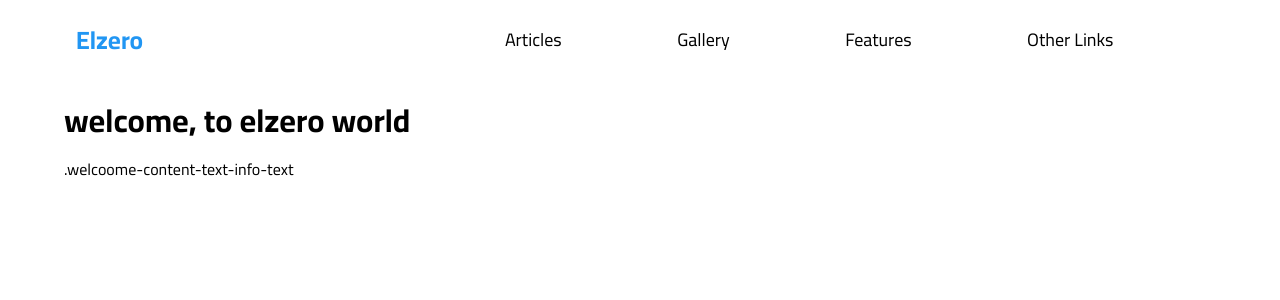
Repository: Toqa-25/elzeroAcdemey-Templete
Page: index.html
The author's editor kept a copy of each file at every save. The page is drawn from the files as they stood at one save, then again after the next save.
The browser window is 1280 px wide. The pictures show the whole page.

Above is the page before, as saved 2022-01-16 20:55:46.

### index.html
<!DOCTYPE html>
<html lang="en">
<head>
    <meta charset="UTF-8">
    <meta http-equiv="X-UA-Compatible" content="IE=edge">
    <meta name="viewport" content="width=device-width, initial-scale=1.0">
    <!-- normalize file -->
    <link rel="stylesheet" href="css/normalize.css">
    <!-- css files -->
    <link rel="stylesheet" href="css/style.css">
    <!-- fontAwosem file -->
    <link rel="stylesheet" href="css/all.min.css">
     <!-- font files -->
     <link rel="preconnect" href="https://fonts.googleapis.com">
    <link rel="preconnect" href="https://fonts.gstatic.com" crossorigin>
    <link href="https://fonts.googleapis.com/css2?family=Cairo:wght@200;400;700;800;900&display=swap" rel="stylesheet">
    <!-- page title -->
    <title>templete 3</title>
</head>
<body>
    <!-- header section -->
    <header id="" class="">
        <div class="container">
            <div class="header-content">
                <div class="header-content-logo">
                    <a href="index.html" class="logo link-none">Elzero</a>
                </div>
                <nav>
                    <ul class="nav-list unlist">
                        <li class="nav-list-item"> <a href="" class="link-none  link-style" id="articles">articles</a></li>
                        <li class="nav-list-item"> <a href="" class="link-none  link-style" id="gallery">gallery</a></li>
                        <li class="nav-list-item"> <a href="" class="link-none  link-style" id="features">features</a></li>
                        <li class="nav-list-item" id="parent-other-links"> <a href="javascript:;" class="link-none  link-style " >other links</a>
                            <div class="other-links " id="child-other-links">
           <div class="other-links-content">
            <div class="other-links-content-img">
                <img src="images/header/Video files-amico.svg" alt="">
            </div>

            <ul class="other-links-list unlist">
            <div class="other-links-list-group-one">
              <li id="" class="other-links-list-item"><a href="" class="link-none  link-style "><i class="far fa-comments"></i> testimonials</a></li>
              <li id="" class="other-links-list-item"><a href="" class="link-none  link-style "><i class="far fa-user"></i> team member</a></li>
              <li id="" class="other-links-list-item"><a href="" class="link-none  link-style"><i class="far fa-building"></i> services</a></li>
              <li id="" class="other-links-list-item"><a href="" class="link-none  link-style"><i class="far fa-check-circle"></i> our skils</a></li>
              <li id="" class="other-links-list-item"><a href="" class="link-none  link-style"><i class="far fa-clipboard"></i> how it work</a></li>
            </div>
            <div class="other-links-list-group-one">
                <li id="" class="other-links-list-item"><a href="" class="link-none  link-style"><i class="far fa-calendar-alt"></i> events</a></li>
                <li id="" class="other-links-list-item"><a href="" class="link-none  link-style"><i class="fas fa-server"></i> pricing planes</a></li>
                <li id="" class="other-links-list-item"><a href="" class="link-none  link-style"><i class="far fa-play-circle"></i> top video</a></li>
                <li id="" class="other-links-list-item"><a href="" class="link-none  link-style"><i class="fas fa-chart-bar"></i> states</a></li>
                <li id="" class="other-links-list-item"><a href="" class="link-none  link-style"><i class="fas fa-percent"></i> request a discount</a></li>
            </div>
        </ul>
       </div>
       </div>
                        </li>

                    </ul>
                </nav>
            </div>
        </div>
    </header>
    <!-- welcom section -->
    <section id="welcome" class="welcome">
        <div class="container">
            <div class="welcome-content">
                <div class="welcome-content-text">
                    <h1 class="welcome-content-text">welcome, to elzero world</h1>
                    .welcoome-content-text-info-text
                </div>
                <div class="welcome-content-img"></div>
            </div>
        </div>

    </section>


       <script src="script.js">

       </script>
</body>
</html>

### css/style.css
 /*
  - container
  -section head

 */
 /* global style */
 :root{
     /* --main-color:#45B2F8; */
     --main-color:#2196F3;
     --s-background:#ececec54;
     /* --s-background:#ecececa4; */
     --p-color:#D6ECEC;
 }

 *{
     box-sizing: border-box;
     margin: 0;
     padding: 0;
 }
html , body{
    width: 100%;
    height: 100%;
    margin: 0;
    padding: 0;
    overflow: hidden;
}
 body{
     font-family: "Cairo", sans-serif;
 }
 .container{
      width: 90%;
      margin:0 auto;
      /* padding: 15px 0; */
 }
 .link-none{
     text-decoration: none;
 }
 .unlist{
     list-style: none;
 }
 .link-style{
    font-size: 18px;
    text-transform: capitalize;
 }

 /* header style */
 header{
   margin-bottom: 10px;
 }
.header-content{
    display: flex;
    justify-content: space-between;
    align-items: center;
    padding: 10px 12px ;
    margin-bottom: 10px;
}
.logo{
    font-weight: bolder;
    font-size:25px;
    color:var(--main-color)
}

nav{
    width: 70%;
}
.nav-list{
    display: flex;
    justify-content: space-evenly;
    align-items: center;
}
.nav-list-item {
    cursor: pointer;
    color:#000;
    padding: 20px  25px;
    position: relative;
    transition: background-color .2s ;
    -webkit-transition: background-color .2s ;
    -moz-transition: background-color .2s ;
    -ms-transition: background-color .2s ;
    -o-transition: background-color .2s ;
}
.nav-list-item::before{
    content: "";
    height: 3px;
    width: 0;
    background-color: var(--main-color);
    position: absolute;
    top: 0px;
    left: 0;
    transition: width .6s;
    -webkit-transition: width .6s;
    -moz-transition: width .6s;
    -ms-transition: width .6s;
    -o-transition: width .6s;
}
.nav-list-item a{
        color:#000;
}

.nav-list-item:hover  {
    background-color: var(--s-background);
}
.nav-list-item:hover  a {
    color:var(--main-color);
}
.nav-list-item:hover::before{
        width: 100%;
}
#parent-other-links{
    position: relative;
}
#parent-other-links:hover #child-other-links{
    transform:translateY(20px) ;
    -webkit-transform:translateY(20px) ;
    -moz-transform:translateY(20px) ;
    -ms-transform:translateY(20px) ;
    -o-transform:translateY(20px) ;
}
/* media query for header*/
@media (max-width:767px){
    .header-content{
        flex-direction:column ;
        padding:5px 12px;
}
.header-content-logo{
    margin-bottom: 5px;
}
nav{
    width: 80%;
}
.nav-list-item{
    padding:17px 10px;
}
.nav-list-item a{
    font-size: 15px;
}
}
/********************************************************************************************/
/* style for other links */
.other-links{
 /*margin-top: 10px;
 */margin: 10 auto;
 transform: translatey(1000%);
 -webkit-transform: translatey(1000%);
 -moz-transform: translatey(1000%);
 -ms-transform: translatey(1000%);
 -o-transform: translatey(1000%);
 transition: transform .5s;
 -webkit-transition: transform .5s;
 -moz-transition: transform .5s;
 -ms-transition: transform .5s;
 -o-transition: transform .5s;
}
.other-links-content{
    display: flex;
    border-bottom: 4px solid var(--main-color);
    border-top: 2px solid var(--s-background);
}
.other-links-content-img{
    margin:auto;
}
.other-links-content-img img{
    width: 100%;
}
.other-links-list{
    width:55%;
    display: flex;
    justify-content: space-between;
    padding: 10px;
    align-items: center;
}
.other-links-list-group-one{
    width:45%
}
.other-links-list-item{
    padding: 15px ;
    border-bottom: 1px solid rgba(0, 0, 0, 0.337);
    position: relative;
    cursor: pointer;

}
.other-links-list-item:last-child{
    border:none;
}
.other-links-list-item::before{
    content:"";
    position: absolute;
    top: 0;
    left: 0;
    height: 100%;
    width: 0%;
    background-color: var(--s-background);
    transition:width .5s;
    -webkit-transition:width .5s;
    -moz-transition:width .5s;
    -ms-transition:width .5s;
    -o-transition:width .5s;
}
.other-links-list-item:hover::before{
    width: 100%;
}
.other-links-list-item a{
    font-weight: bold;
    color:var(--main-color)
}
.other-links-list-item > a > i{
 margin-right: 10px;
}
.other{
    transform: translatey(20px);
    -webkit-transform: translatey(20px);
    -moz-transform: translatey(20px);
    -ms-transform: translatey(20px);
    -o-transform: translatey(20px);
}
#child-other-links{
    width:85vw;
    position: absolute;
    right: 5px;
    /* background-color: violet; */
}
@media(max-width:991px){
    #child-other-links{
     width:87vw;
    }
     .other-links-content-img{
        display: none;
    }
    .other-links-list{
        width: 100%;
    }
}
@media(max-width:767px){
    #child-other-links{
        width:100vw;
        margin-right: -166px;
    }
     .other-links-list{
        flex-direction: column;
    }
        .other-links-list-group-one{
    width:100%;
}
.other-links-list-item:last-child{
    border-bottom: 1px solid rgba(0, 0, 0, 0.337);
}
 .other-links-list-item a{
     font-size: 18px;
 }
}

### script.js
let otherParent = document.getElementById("parent-other-links");
let otherChild = document.getElementById("child-other-links");
otherParent.onclick = function () {
  otherChild.classList.toggle("other");
};

Loaded but not shown: css/normalize.css (library); css/all.min.css (library)

After the next save:
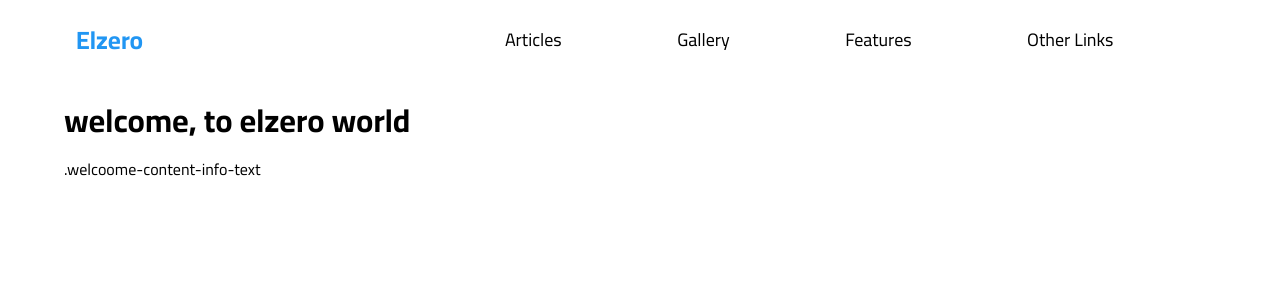
Saved 5 s later.
--- a/index.html
+++ b/index.html
@@ -68,7 +68,7 @@
             <div class="welcome-content">
                 <div class="welcome-content-text">
                     <h1 class="welcome-content-text">welcome, to elzero world</h1>
-                    .welcoome-content-text-info-text
+                    .welcoome-content-info-text
                 </div>
                 <div class="welcome-content-img"></div>
             </div>
